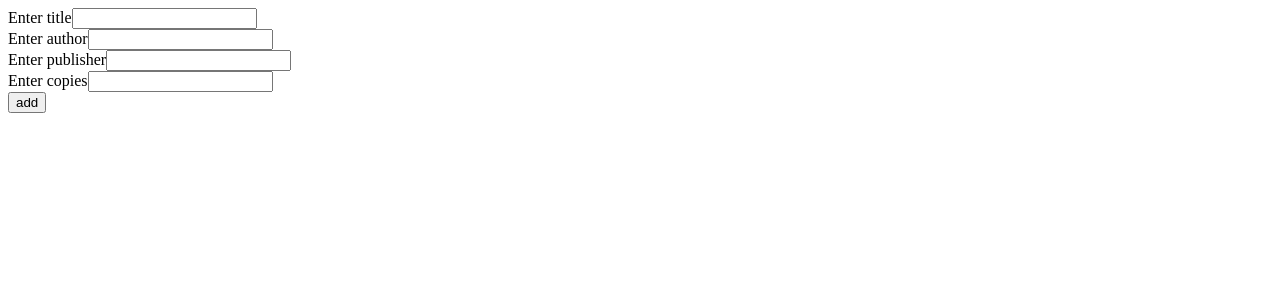
Repository: prashantvadlamani/Library-Management-System
Page: http://localhost/project/add.jsp
The author's editor kept a copy of each file at every save. The page is drawn from the files as they stood at one save, then again after the next save.
The browser window is 1280 px wide. The pictures show the whole page.
The page is served by Tomcat 9.

Above is the page before, as saved 2018-08-23 06:35:24.

After the next save:
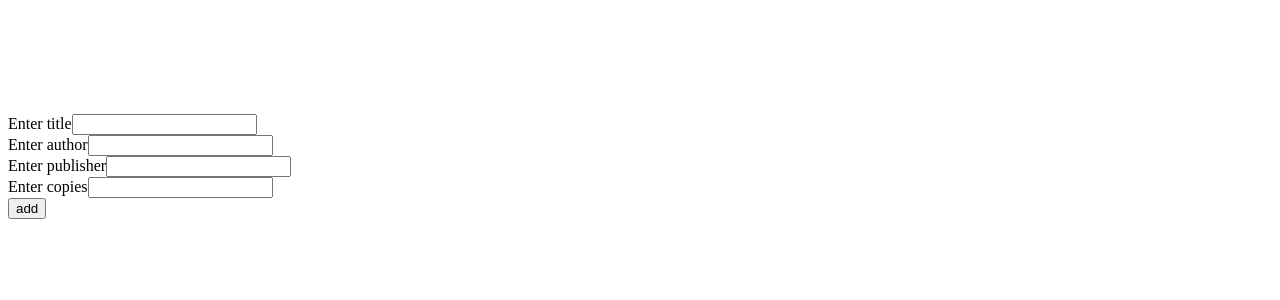
Saved 58 s later.
--- a/project/WebContent/add.jsp
+++ b/project/WebContent/add.jsp
@@ -5,6 +5,12 @@
 <head>
 <meta http-equiv="Content-Type" content="text/html; charset=ISO-8859-1">
 <title>Add</title>
+<style>
+	form {
+   	 	border: 3px;
+   	 	margin-top: 9%;
+	}
+</style>
 </head>
 <body>
 	<form  method="POST" action="add">
